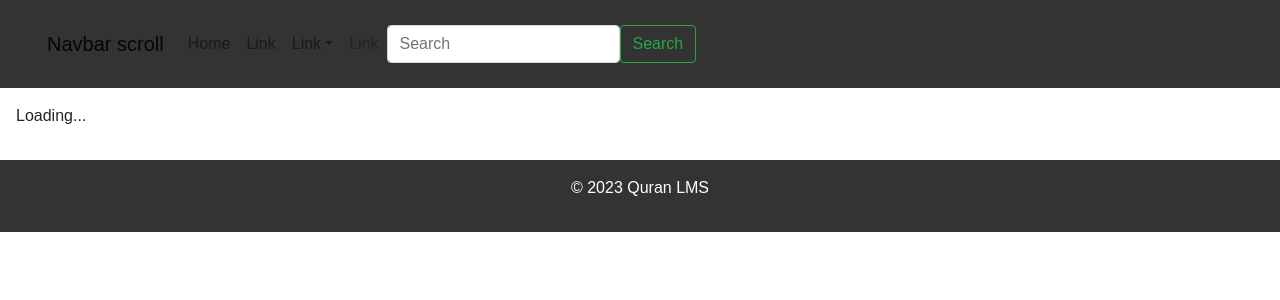
Repository: talha-mahmood/Quran-Lms-react
Page: /
These files come from the project's save history. The page is drawn as it stood at one moment and after the next save; the edit follows.
The browser window is 1280 px wide. The pictures show the whole page.
The page's requests for data from a server got no answer. The project was rebuilt for these pictures with package versions that can differ from the ones it lists, and the page was loaded fresh each time. No one was signed in, and anything a server would have sent is missing.

Above is the page before, as saved 2023-03-08 01:12:02.

After the next save:
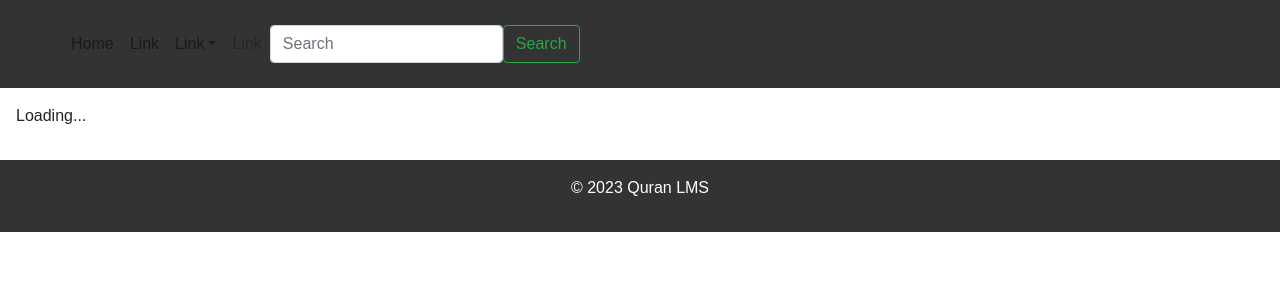
Saved 16 s later.
--- a/src/App.js
+++ b/src/App.js
@@ -31,7 +31,7 @@ class QuranLMS extends Component {
           <header>
           <Navbar bg="" expand="lg">
       <Container fluid>
-        <Navbar.Brand href="#">Navbar scroll</Navbar.Brand>
+        <Navbar.Brand href="#"></Navbar.Brand>
         <Navbar.Toggle aria-controls="navbarScroll" />
         <Navbar.Collapse id="navbarScroll">
           <Nav
